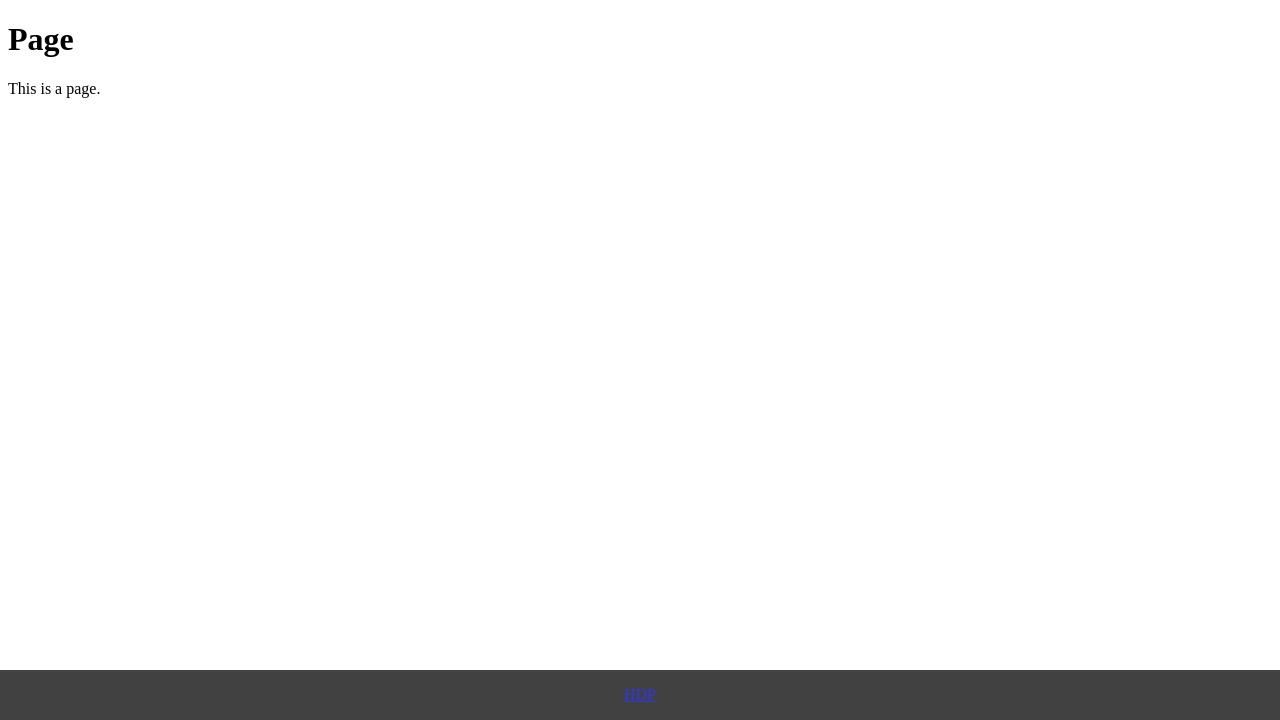
Repository: NubbDev/anime-frontend
Page: /
The author's editor kept a copy of each file at every save. The page is drawn from the files as they stood at one save, then again after the next save.
The browser window is 1280 px wide. The pictures show the whole page.
The project was rebuilt for these pictures with package versions that can differ from the ones it lists, and the page was loaded fresh each time. The framework's server and built-in components were replaced by stand-ins that run in the browser. Also part of the build but not shown: svelte.config.js, vite.config.js.

Above is the page before, as saved 2024-08-08 00:09:22.

After the next save:
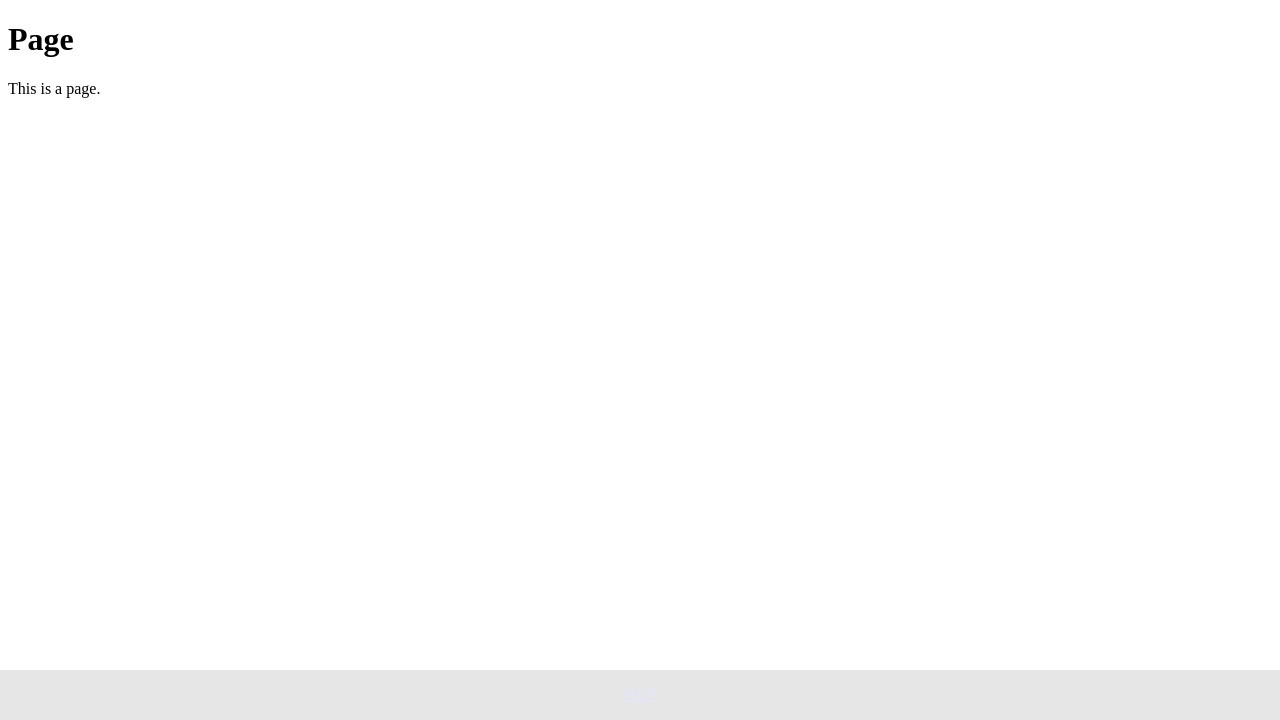
Saved 7 s later.
--- a/src/routes/+page.svelte
+++ b/src/routes/+page.svelte
@@ -25,7 +25,7 @@
     margin: 0;
     width: 100vw;
     background-color: var(--background);
-    opacity: 0.8;
+    opacity: 0.1;
     backdrop-filter: 16;
   }
 
